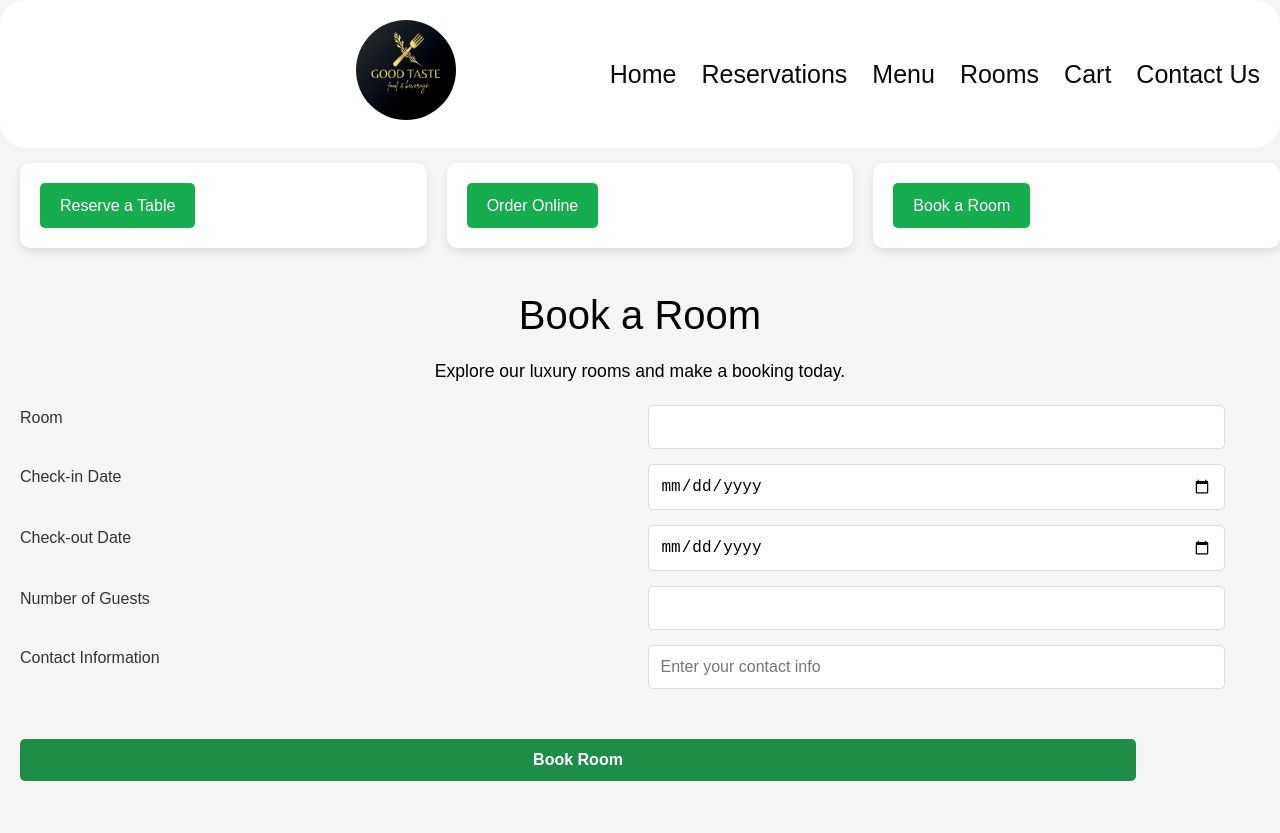
Repository: malingubarnice/Online-Reservation-System
Page: seperate_room.html
The author's editor kept a copy of each file at every save. The page is drawn from the files as they stood at one save, then again after the next save.
The browser window is 1280 px wide. The pictures show the whole page.

Above is the page before, as saved 2025-04-03 18:33:53.
Console error: TypeError: Cannot read properties of null (reading 'addEventListener')

### seperate_room.html
<!DOCTYPE html>
<html lang="en">
<head>
    <meta charset="UTF-8">
    <meta name="viewport" content="width=device-width, initial-scale=1.0">
    <title>Book a Room</title>
    <link rel="stylesheet" href="styles.css"> <!-- Link your existing CSS -->
</head>
<body>
    <header>
        <h1>Book a Room</h1>
        <!-- Navigation Bar -->
     <div class="logo">
      <img src="assets/logo.jpg" alt="Copper Ivy Logo">
     </div>
     <nav class="navbar">
      <ul>
        <li><a href="#menu">Home</a></li>
        <li><a href="#reservations">Reservations</a></li>
        <li><a href="#menu">Menu</a></li>
        <li><a href="#rooms">Rooms</a></li>
        <li><a href="#cart">Cart</a></li>
        <li><a href="#contact">Contact Us</a></li>
      </ul>
     </nav>
  </header>




  <!-- Features Section -->
  <section class="features">
    <div class="feature">
      <a href="#reservations" class="btn">Reserve a Table</a>
    </div>
    <div class="feature">
      <a href="#menu" class="btn">Order Online</a>
    </div>
    <div class="feature">
      <a href="#rooms" class="btn">Book a Room</a>
    </div>
  </section>



    <!-- Rooms Section -->
    <section id="rooms">
        <h1>Book a Room</h1>
        <p>Explore our luxury rooms and make a booking today.</p>

        <div class="room-list">
            <!-- Room cards dynamically loaded -->
        </div>

        <!-- Booking Form -->
        <div class="reservation-form">
            <form action="send_room.php" method="post">
                <!-- Hidden input for room ID -->
                <input type="hidden" id="room_id" name="room_id">

                <label for="room-selection">Room</label>
                <input type="text" id="room-selection" name="room_name" readonly>

                <label for="check-in-date">Check-in Date</label>
                <input type="date" id="check-in-date" name="check_in_date" required>

                <label for="check-out-date">Check-out Date</label>
                <input type="date" id="check-out-date" name="check_out_date" required>

                <label for="guest-count">Number of Guests</label>
                <input type="number" id="guest-count" name="guest_count" min="1" required>

                <label for="contact-info">Contact Information</label>
                <input type="text" id="contact-info" name="contact-info" placeholder="Enter your contact info" required>

                <p id="price-display"></p>
                <input type="hidden" id="price" name="price">

                <button type="submit" class="reserve-btn">Book Room</button>
            </form>
        </div>
    </section>

    <script>
        document.addEventListener("DOMContentLoaded", function () {
            let today = new Date().toISOString().split("T")[0];

            // Set min date for reservations
            document.getElementById("check-in-date").setAttribute("min", today);

            // Update checkout date when check-in date is selected
            document.getElementById("check-in-date").addEventListener("change", function () {
                let checkInDate = this.value;
                document.getElementById("check-out-date").setAttribute("min", checkInDate);
            });
        });
    </script>

    <script src="roomjs.js"></script>

</body>
</html>

### styles.css
/* General Reset */
body, h1, h2, p, ul, li, a, button {
    margin: 0;
    padding: 0;
    box-sizing: border-box;
}

/* Body and Layout */
body {
    font-family: 'Arial', sans-serif;
    line-height: 1.6;
    background-color: #f5f5f5;
    color: #333;
}

/* Header */
header {
    display: flex;
    justify-content: space-between;
    align-items: center;
    padding: 20px;
    background: white;
    color: #fff;
    border-bottom: 2px solid #c4ccd4;
    border-radius: 26px;
    border-style: none;
}

header .logo img {
    height: 100px;
    border-radius: 50px;
}

header nav ul {
    display: flex;
    list-style: none;
}

header nav ul li {
    margin-left: 25px;
}

header nav ul li a {
    color: rgb(10, 10, 10);
    text-decoration: none;
    font-size: 25px;
    font-weight: 500;
    transition: color 0.3s;
}

header nav ul li a:hover {
    color: #eb2630;
}




/* Container for Features Section */
.features {
    display: flex;
    justify-content: flex-start;
    align-items: flex-start;
    flex-direction: row;  /* This will place the features next to each other */
    gap: 20px;  /* Adds space between each feature box */
    margin-left: 20px;  /* Adjust the space from the left */
  }

  /* Individual Feature Box */
  .feature {
    background-color: #fff;
    padding: 20px;
    margin-bottom: 15px;
    margin-top: 15px;
    box-shadow: 0 4px 8px rgba(0, 0, 0, 0.1);
    border-radius: 10px;
    flex: 1;  /* Makes each feature box take equal width */
  }

  /* Feature Header */
  .feature h2 {
    font-size: 22px;
    margin-bottom: 10px;
  }

  /* Feature Description */
  .feature p {
    font-size: 16px;
    color: white;
  }

  /* Optional: Adjusting feature links */
  .feature a {
    display: inline-block;
    background-color: #15ad4d;
    color: #fff;
    padding: 10px 20px;
    border-radius: 5px;
    text-decoration: none;
    transition: background-color 0.3s;
  }

  .feature a:hover {
    background-color: #1dd168;
  }




/* Reservations Section */
#reservations {
    padding: 50px 20px;
    background: #fff;
    margin: 20px auto;
    max-width: 900px;
    box-shadow: 0 8px 16px rgba(0, 0, 0, 0.1);
    border-radius: 10px;
}

#reservations h1 {
    font-size: 32px;
    margin-bottom: 20px;
    text-align: center;
    color: #2c3e50;
}

.reservation-form form {
    display: grid;
    grid-template-columns: 1fr 1fr;
    gap: 15px;
    margin-bottom: 30px;
}

.reservation-form label {
    font-size: 16px;
    color: #333;
}

.reservation-form input,
.reservation-form textarea,
.reserve-btn {
    padding: 12px;
    border: 1px solid #ddd;
    border-radius: 5px;
    font-size: 16px;
    transition: border-color 0.3s;
    width: 90%;
}

.reservation-form input:focus,
.reservation-form textarea:focus {
    border-color: #27ae60;
}

.reserve-btn {
    background-color: #1f8c47;
    color: #fff;
    font-weight: bold;
    cursor: pointer;
    border: none;
    transition: background-color 0.3s;
    grid-column: span 2;
}

.reserve-btn:hover {
    background-color: #10e669;
}

/* Table Layout */
.table-layout {
    margin-top: 20px;
    text-align: center;
}

.tables {
    display: grid;
    grid-template-columns: repeat(auto-fill, minmax(100px, 1fr));
    gap: 20px;
}

.tables .table {
    background-color: #ddd;
    padding: 20px;
    text-align: center;
    font-size: 18px;
    border-radius: 8px;
    cursor: pointer;
    transition: transform 0.3s, background-color 0.3s;
}

.tables .table:hover {
    transform: scale(1.1);
    background-color: #27ae60;
    color: #fff;
}




/* Menu Section */
#menu {
    padding: 50px 20px;
    background: #fff;
    margin: 20px auto;
    max-width: 900px;
    box-shadow: 0 8px 16px rgba(0, 0, 0, 0.1);
    border-radius: 10px;
}

.menu-items {
    display: grid;
    grid-template-columns: repeat(auto-fill, minmax(250px, 1fr));
    gap: 20px;
}

.menu-items .menu-item {
    background: #f4f4f4;
    padding: 20px;
    border-radius: 8px;
    box-shadow: 0 4px 8px rgba(0, 0, 0, 0.1);
    text-align: center;
    transition: transform 0.3s;
}

.menu-items .menu-item:hover {
    transform: scale(1.05);
    box-shadow: 0 8px 16px rgba(0, 0, 0, 0.2);
}

.menu-items img {
    max-width: 100%;
    border-radius: 5px;
}

/* Targeting buttons inside the #menu section */
#menu button {
    width: 100%;
    padding: 12px;
    background: #1f8c47;
    color: white;
    font-size: 16px;
    border: none;
    border-radius: 8px;
    cursor: pointer;
    transition: 0.3s;
}

#menu button:hover {
    background: #27ae60;
}


/* Footer */
footer {
    text-align: center;
    padding: 20px;
    background-color: whitesmoke;
    color: #fff;
    margin-top: 50px;
}

/* Responsive Design */
@media (max-width: 768px) {
    .features {
        flex-direction: column;
        align-items: center;
    }

    .feature {
        width: 100%;
        margin-bottom: 30px;
    }

    .reservation-form {
        grid-template-columns: 1fr;
    }

    .tables {
        grid-template-columns: 1fr 1fr;
    }

    .menu-items {
        grid-template-columns: 1fr 1fr;
    }
}

@media (max-width: 480px) {
    header {
        flex-direction: column;
        align-items: flex-start;
    }

    header nav ul {
        flex-direction: column;
        gap: 10px;
    }

    .hero h1 {
        font-size: 28px;
    }

    .hero p {
        font-size: 18px;
    }
}

/* Style for available tables */
.table {
    padding: 10px;
    margin: 10px;
    border: 1px solid #ccc;
    cursor: pointer;
    display: inline-block;
}

/* Highlight the selected table */
.table.selected {
    background-color: #4CAF50; /* Green background */
    color: white;
    border: 2px solid #fff;
}

/*stying order online section*/
#order-online {
    padding: 2rem;
}

.menu-item {
    border: 1px solid #ddd;
    margin: 1rem;
    padding: 1rem;
    text-align: center;
}
.order-form {
    margin-top: 2rem;
}
.order-total {
    font-weight: bold;
    margin-top: 1rem;
}


/*styling rooms*/
/* General styling for the Rooms Section */
#rooms {
    font-family: Arial, sans-serif;
    padding: 20px;
    background-color: #f5f5f5;
}

#rooms h1 {
    text-align: center;
    color: #333;
    font-size: 2.5rem;
    margin-bottom: 10px;
}

#rooms p {
    text-align: center;
    font-size: 1.1rem;
    color: #666;
    margin-bottom: 20px;
}

/* Room Listings */
.room-listings {
    display: grid;
    grid-template-columns: repeat(auto-fill, minmax(250px, 1fr));
    gap: 20px;
    margin-bottom: 30px;
}

.room-card {
    background-color: white;
    border-radius: 8px;
    box-shadow: 0 4px 6px rgba(0, 0, 0, 0.1);
    padding: 15px;
    text-align: center;
    transition: transform 0.3s ease-in-out;
}

.room-card:hover {
    transform: translateY(-5px);
}

.room-card img {
    width: 100%;
    height: 180px;
    object-fit: cover;
    border-radius: 8px;
}

.room-card h3 {
    font-size: 1.5rem;
    color: #333;
    margin: 15px 0;
}

.room-card p {
    font-size: 1.1rem;
    color: #777;
}

.room-card .price {
    font-size: 1.2rem;
    font-weight: bold;
    color: #1f8c47;
    margin-top: 10px;
}

.room-card button {
    background-color: #1f8c47;
    color: white;
    padding: 10px 15px;
    font-size: 1rem;
    border: none;
    border-radius: 5px;
    cursor: pointer;
    transition: background-color 0.3s;
}

.room-card button:hover {
    background-color: #27ae60;
}


/* New class for hiding the form */
.booking-form.hidden {
    display: none;
}

/* Booking Form Styling */
.booking-form {
    background-color: white;
    padding: 20px;
    border-radius: 8px;
    box-shadow: 0 4px 6px rgba(0, 0, 0, 0.1);
    width: 70%;
    max-width: 600px;
    margin: 0 auto;
}

.booking-form h2 {
    text-align: center;
    color: #333;
    font-size: 2rem;
    margin-bottom: 15px;
}

.booking-form form {
    display: flex;
    flex-direction: column;
    gap: 15px;
}

.booking-form label {
    font-size: 1.1rem;
    color: #333;
}

.booking-form select,
.booking-form input {
    padding: 10px;
    font-size: 1rem;
    border: 1px solid #ccc;
    border-radius: 5px;
    width: 100%;
}

.booking-form button {
    background-color: #1f8c47;
    color: white;
    padding: 12px 20px;
    font-size: 1.1rem;
    border: none;
    border-radius: 5px;
    cursor: pointer;
    transition: background-color 0.3s;
}

.booking-form button:hover {
    background-color: #27ae60;
}

/* Confirmation Message */
#confirmation-message {
    font-size: 1.2rem;
    color: #333;
    margin-top: 20px;
    text-align: center;
    display: none; /* Hidden initially */
}

#confirmation-message.success {
    color: #4caf50;
}

#confirmation-message.error {
    color: #f44336;
}



/* Container for styling the rooms */
.room-list {
    display: flex;
    flex-wrap: wrap; /* Allows room cards to wrap to the next line when necessary */
    justify-content: center; /* Centers the room cards horizontally */
    gap: 20px; /* Adds space between cards */
    max-width: 80%; /* Makes the container occupy 80% of the page */
    margin: 0 auto; /* Centers the container horizontally */
}

/* Individual room card */
.room-card {
    width: 30%; /* Makes each card take up about 30% of the container's width */
    max-width: 300px; /* Optional: Set a max width for the cards */
    margin: 10px;
    padding: 15px;
    text-align: center;
    box-shadow: 0 4px 8px rgba(0, 0, 0, 0.1);
    background-color: #fff;
    border-radius: 10px;
    box-sizing: border-box;
}

/* Image inside room card */
.room-card img {
    width: 100%; /* Ensures the image stretches across the container */
    height: auto; /* Keeps aspect ratio intact */
    object-fit: contain; /* Ensures the full image is visible */
}

@media (max-width: 768px) {
    .room-card {
        width: 100%; /* Makes room cards stack on smaller screens */
    }
}

/* Target the specific booking room section and make the font weight lighter */
#rooms {
    color: black; /* Keeps the text color black */
    font-weight: lighter; /* Makes the font weight lighter */
}

/* Target the room cards within the booking room section */
#rooms .room-card {
    color: black; /* Ensures room card text is black */
    font-weight: lighter; /* Makes the room card text lighter */
}

/* You can also target specific elements like titles and descriptions, if necessary */
#rooms h1, #rooms p, #rooms .room-name, #rooms .room-description {
    color: black; /* Sets the text to black */
    font-weight: lighter; /* Reduces the font weight */
}

### roomjs.js
document.addEventListener('DOMContentLoaded', function () {
    // Fetch room data and display rooms dynamically
    fetch('get_room.php')
      .then(response => response.json())
      .then(data => {
        if (Array.isArray(data)) {
          displayRooms(data);
        } else {
          console.error('Error fetching rooms:', data.message);
        }
      })
      .catch(error => console.error('Error fetching room data:', error));
});

// Function to display room cards
function displayRooms(rooms) {
    const roomListContainer = document.querySelector('.room-list');
    roomListContainer.innerHTML = ""; // Clear previous content

    rooms.forEach(room => {
        const roomHTML = `
            <div class="room-card">
                <img src="${room.image_url}" alt="${room.room_name}" style="width: 100%; height: 200px; object-fit: cover;">
                <h2>${room.room_name}</h2>
                <p>Type: ${room.room_type}</p>
                <p>Capacity: ${room.capacity} guests</p>
                <p>${room.description}</p>
                <p>Price: KSh ${room.price_per_night.toLocaleString()}</p>
                <button onclick="selectRoom(${room.room_id}, '${room.room_name}', ${room.price_per_night})">Book Now</button>
            </div>
        `;
        roomListContainer.innerHTML += roomHTML;
    });
}

// Function to select a room for booking
function selectRoom(roomId, roomName, price) {
    console.log(`Room selected: ${roomName} (ID: ${roomId})`);

    document.getElementById('room-selection').value = roomName;
    document.getElementById('room_id').value = roomId;
    document.getElementById('price').textContent = `KSh ${price.toLocaleString()}`;
    document.querySelector('.reservation-form').style.display = 'block'; // Show the booking form
}

// Handle form submission for room booking
document.getElementById('room-booking-form').addEventListener('submit', function (event) {
    event.preventDefault(); // Prevent the form from reloading the page

    const roomId = document.getElementById('room_id').value;
    const checkInDate = document.getElementById('check-in-date').value;
    const checkOutDate = document.getElementById('check-out-date').value;
    const guestCount = document.getElementById('guest-count').value;
    const contactInfo = document.getElementById('contact-info').value;

    const today = new Date();
    const checkIn = new Date(checkInDate);
    const checkOut = new Date(checkOutDate);

    today.setHours(0, 0, 0, 0);
    checkIn.setHours(0, 0, 0, 0);
    checkOut.setHours(0, 0, 0, 0);

    // Check for invalid dates
    if (checkIn < today) {
        alert("Check-in date cannot be in the past.");
        return;
    }

    if (checkIn >= checkOut) {
        alert("Check-out date must be after check-in date.");
        return;
    }

    // Submit booking data via fetch
    fetch('book_room.php', {
        method: 'POST',
        body: JSON.stringify({
            room_id: roomId,
            check_in_date: checkInDate,
            check_out_date: checkOutDate,
            guest_count: guestCount,
            contact_info: contactInfo
        }),
        headers: {
            'Content-Type': 'application/json'
        }
    })
    .then(response => response.json())
    .then(data => {
        if (data.status === 'success') {
            alert('Booking confirmed! Email sent.');
            // Optionally, redirect to a confirmation page or reload
            window.location.href = "confirmation.php";
        } else {
            alert('Error: ' + data.message);
        }
    })
    .catch(error => console.error('Error:', error));
});

After the next save:
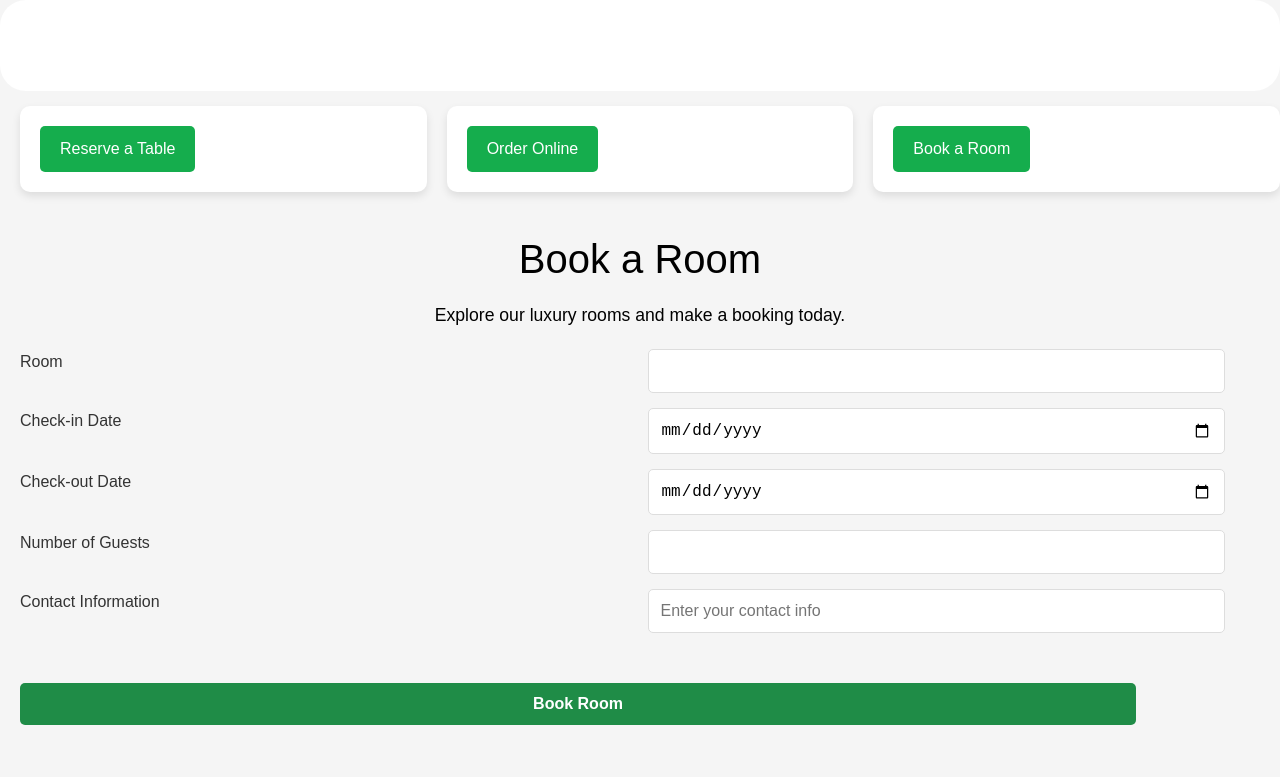
Saved 96 s later.
--- a/seperate_room.html
+++ b/seperate_room.html
@@ -9,20 +9,7 @@
 <body>
     <header>
         <h1>Book a Room</h1>
-        <!-- Navigation Bar -->
-     <div class="logo">
-      <img src="assets/logo.jpg" alt="Copper Ivy Logo">
-     </div>
-     <nav class="navbar">
-      <ul>
-        <li><a href="#menu">Home</a></li>
-        <li><a href="#reservations">Reservations</a></li>
-        <li><a href="#menu">Menu</a></li>
-        <li><a href="#rooms">Rooms</a></li>
-        <li><a href="#cart">Cart</a></li>
-        <li><a href="#contact">Contact Us</a></li>
-      </ul>
-     </nav>
+
   </header>
 
 
